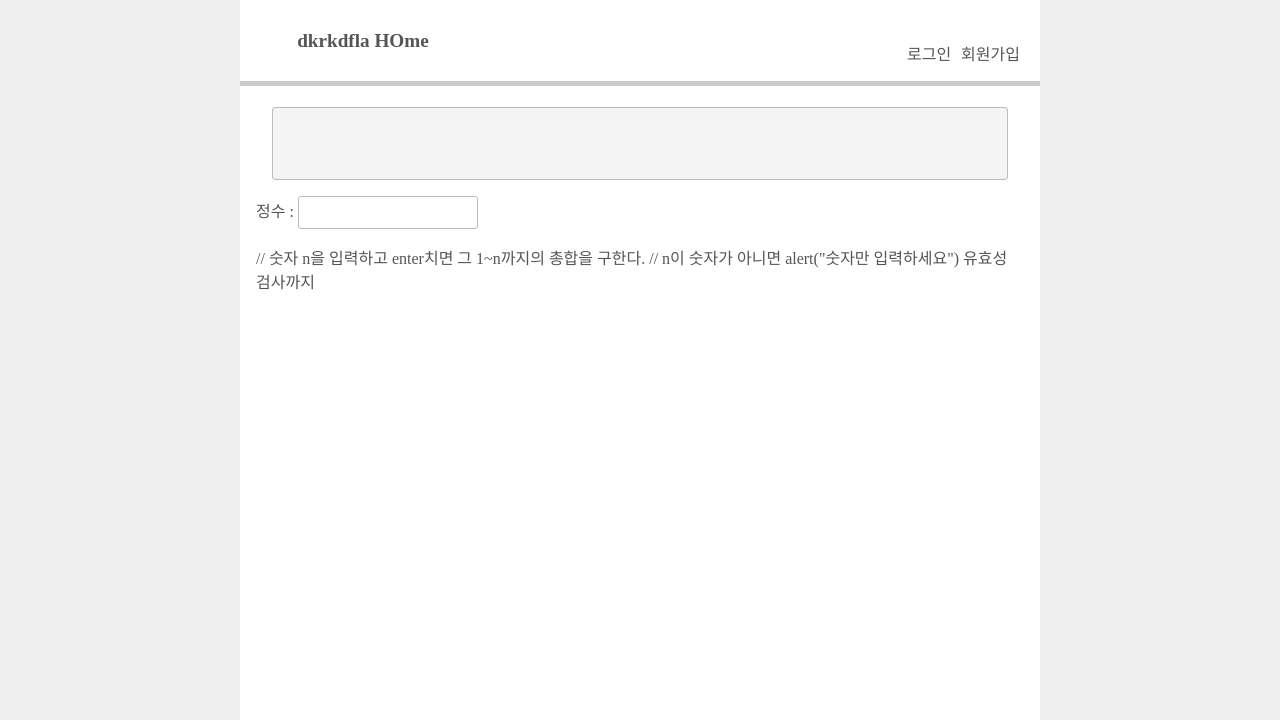
Repository: Dusajang/JSPClass
Page: http://localhost/jspPro/days01/ex03_06.jsp
These files come from the project's save history. The page is drawn as it stood at one moment and after the next save; the edit follows.
The browser window is 1280 px wide. The pictures show the whole page.
Some web fonts or font styles are not loaded; a fallback is used. The page is served by Tomcat 9.

Above is the page before, as saved 2024-10-15 07:31:19.

After the next save:
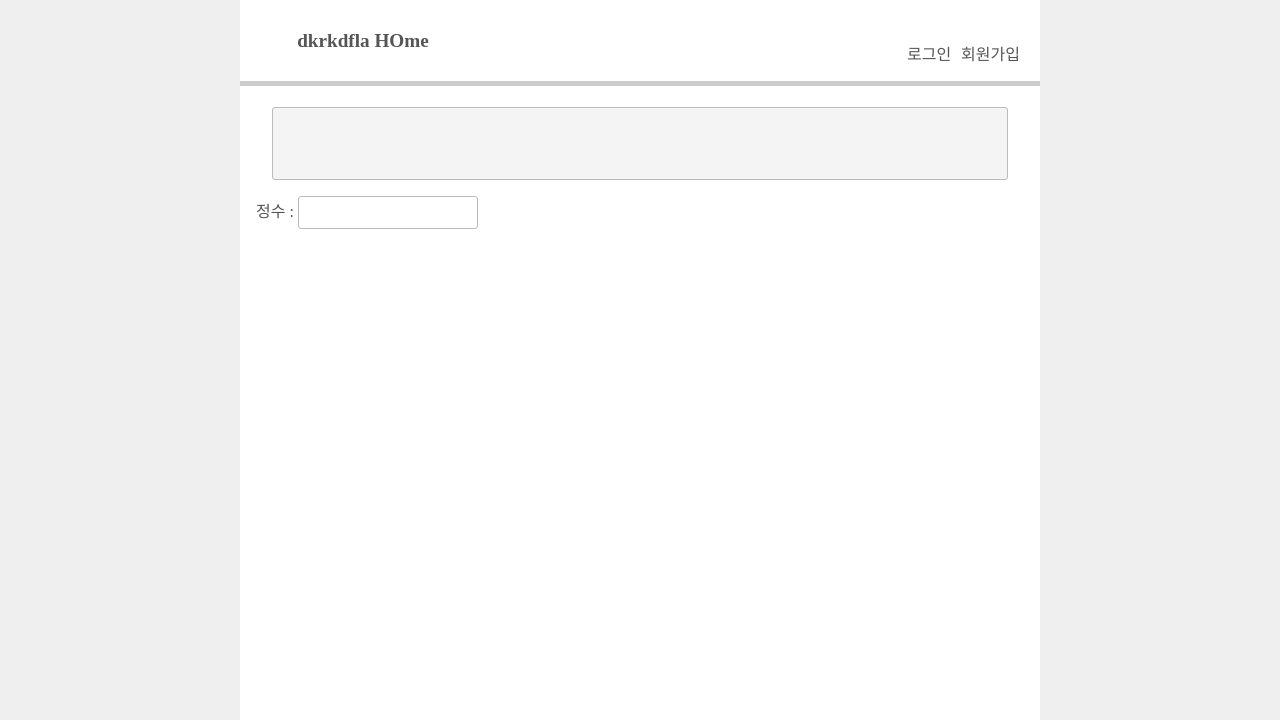
Saved 14 min 20 s later.
--- a/jspPro/src/main/webapp/days01/ex03_06.jsp
+++ b/jspPro/src/main/webapp/days01/ex03_06.jsp
@@ -28,54 +28,41 @@
   <xmp class="code">
 
   </xmp>
+  <!-- <form> -->
+  정수 : <input type="text" id="num" name="name" autofocus="autofocus"> <br>
+  <p id="demo"></p>
+  <!-- </form> -->
 
-  정수 : <input type="text" id="num" autofocus="autofocus"> <br>
-  <p id="demo"></p>
-  // 숫자 n을 입력하고 enter치면 그 1~n까지의 총합을 구한다.
-  // n이 숫자가 아니면 alert("숫자만 입력하세요") 유효성 검사까지
+  <!--  숫자 n을 입력하고 enter치면 그 1~n까지의 총합을 구한다.
+   n이 숫자가 아니면 alert("숫자만 입력하세요") 유효성 검사까지 -->
 
 
 
 <script>
-	$("#num")
+		$("#num")
 		.css("text-align","center")
 		.on({
-			"keydown":function (e){
-	            if ( !(e.which >= 48 && e.which <= 57
-	            		 || e.which >= 96 && e.which <= 105
-	                     || e.which == 8
-	                     || e.which == 13
-	                     || e.which == 229
-	                     || e.which == 37
-	                     || e.which == 39
-	                 )){
-	               alert("숫자만 입력하세요.");
-	               e.preventDefault();
-	            } // if
-	         },
-	         "keyup":function (event){
-	             if( event.which == 13){
-	                // alert("출력 처리...")
-	                $("#demo").empty();
-
-	                let n = $(this).val();
-
-	                $.ajax({
-	                	type:'POST',
-	                	url: 'calculate.jsp',
-	                	data:{number:n}
-	                }).done(function (response) {
-						$("#demo").html(response)
-					}).fail(function () {
-						alert("오류...")
-					});
+		   "keydown":function (e){
+		      if ( !(e.which >= 48 && e.which <= 57
+		               || e.which == 8
+		               || e.which == 13
+		               || e.which == 229
+		           )){
+		         alert("숫자만 입력하세요.");
+		         e.preventDefault();
+		      } // if
+		   },
+		   "keyup":function (event){
+		     if( event.which == 13){
+		        // js BOM
+		        $("form").submit();
+		        let numValue = $("#num").val();
+		        location.href = `ex03_06.jsp?num=\${numValue}`;
 
 
-	             } // if
-	           }//keyup
-
-
-	        });
+		     } // if
+		   }
+		});
 </script>
 
 
